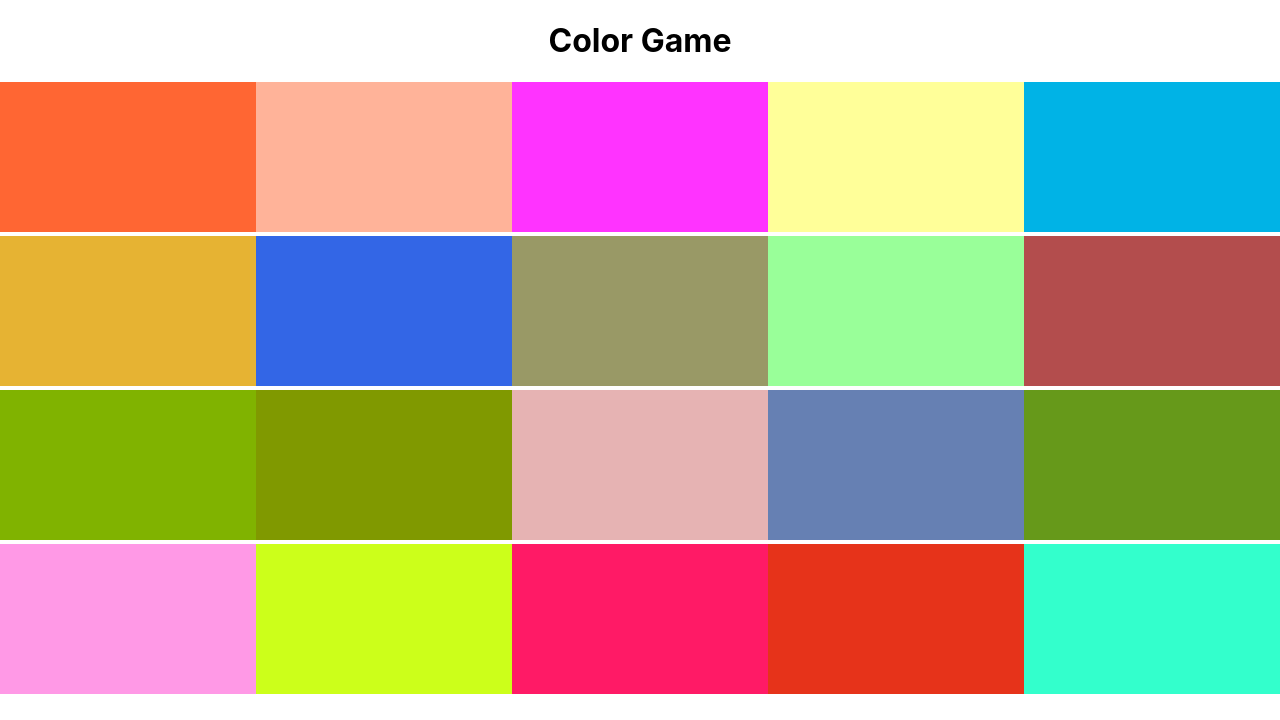
Repository: johnmutina/shades_of_blue
Page: /
An editor plug-in stored every save of this project. The page is shown before and after the next save, followed by the edit.
The browser window is 1280 px wide. The pictures show the whole page.
The project was rebuilt for these pictures with package versions that can differ from the ones it lists, and the page was loaded fresh each time.

Above is the page before, as saved 2019-06-22 14:28:23.

After the next save:
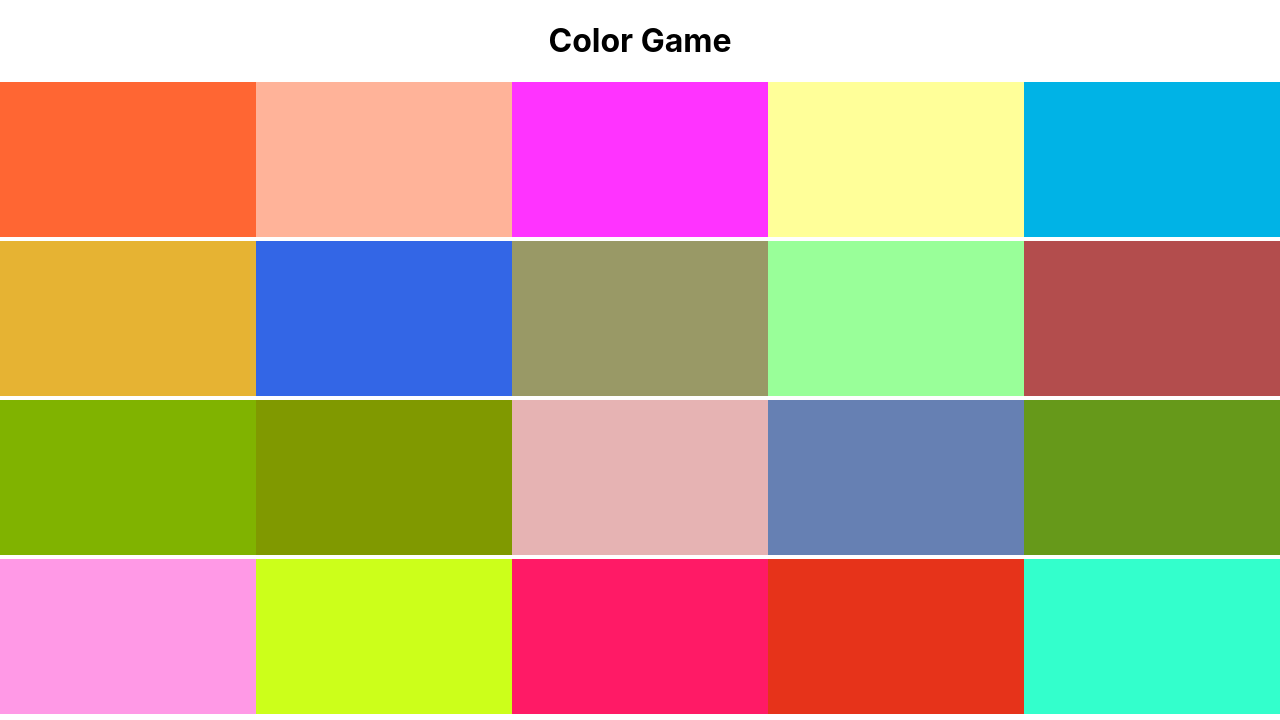
Saved 5 s later.
--- a/src/ColorBox.css
+++ b/src/ColorBox.css
@@ -1,5 +1,5 @@
 .ColorBox {
     display: inline-block;
     width: 20%;
-    height: 150px;
+    height: 155px;
 }

After the 2 saves that followed:
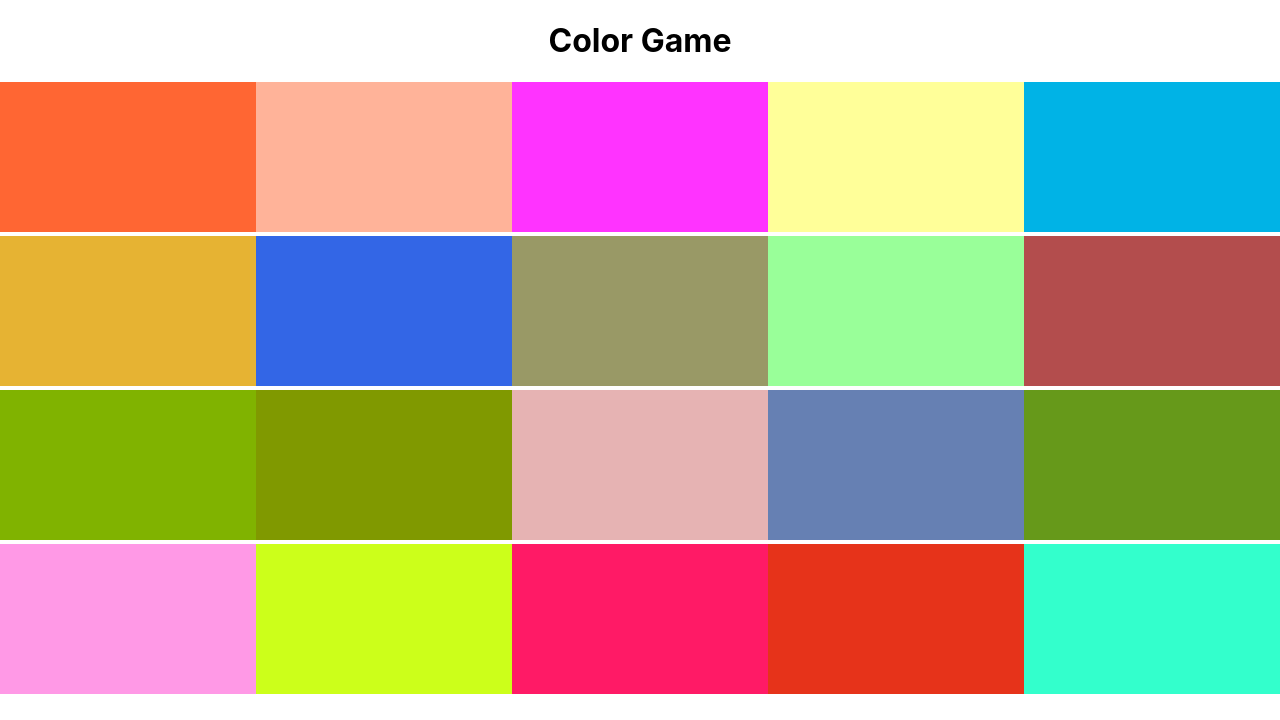
The 2 saves are shown as one change because they came seconds apart.
The last was saved 10 s later.
--- a/src/ColorBox.css
+++ b/src/ColorBox.css
@@ -1,5 +1,5 @@
 .ColorBox {
     display: inline-block;
     width: 20%;
-    height: 155px;
+    height: 150px;
 }
